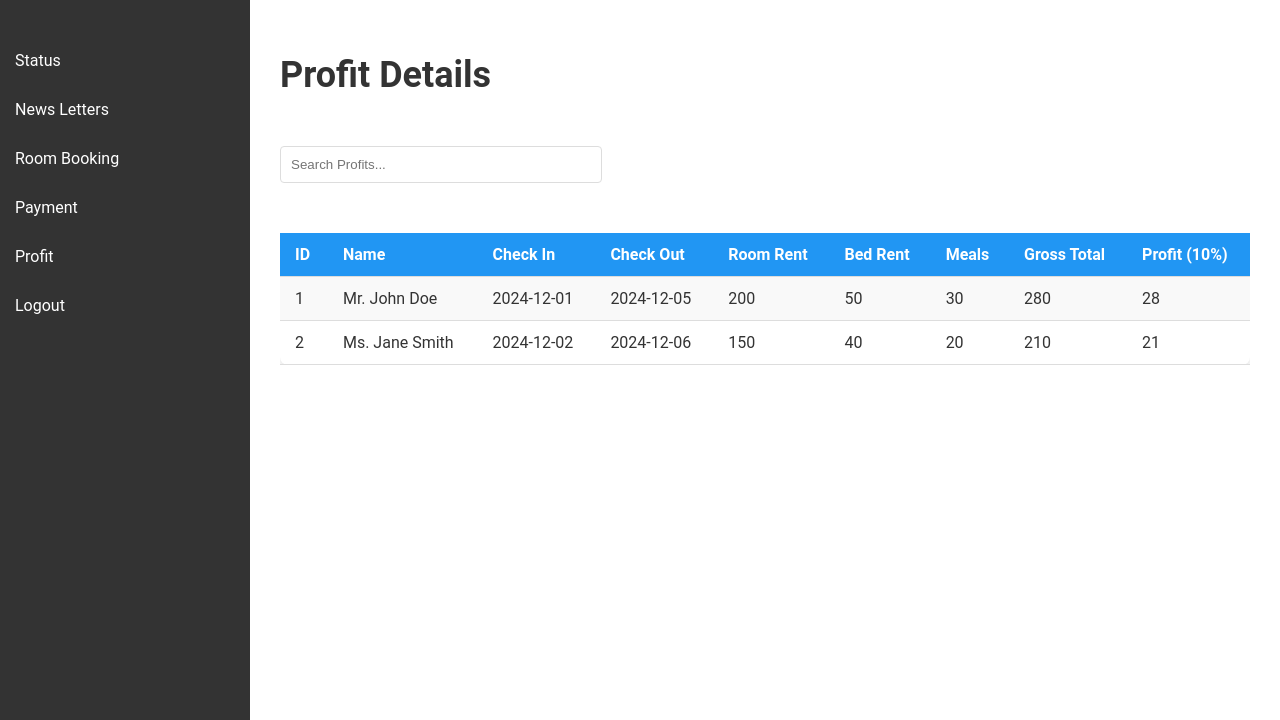
Repository: Trikisalem/examentp_jakarta
Page: http://localhost/hotel/admin/profit.jsp
The author's editor kept a copy of each file at every save. The page is drawn from the files as they stood at one save, then again after the next save.
The browser window is 1280 px wide. The pictures show the whole page.
The page is served by Tomcat 10. Nobody is signed in. The application's start-up code is not run. Other server files are loaded and not shown.

Above is the page before, as saved 2024-12-14 14:13:18.

### hotel/src/main/webapp/admin/profit.jsp
<%@ page language="java" contentType="text/html; charset=UTF-8" pageEncoding="UTF-8"%>
<!DOCTYPE html>
<html xmlns="http://www.w3.org/1999/xhtml">
<head>
    <meta charset="utf-8" />
    <meta name="viewport" content="width=device-width, initial-scale=1.0" />
    <title>SUNRISE HOTEL</title>

    <!-- CSS intégré -->
    <style>
        /* Style global */
        body {
            font-family: 'Roboto', sans-serif;
            background-color: #f7f7f7;
            margin: 0;
            padding: 0;
            color: #333;
        }

        /* Conteneur principal */
        #wrapper {
            display: flex;
            flex-direction: row;
            min-height: 100vh;
            background-color: #f7f7f7;
        }

        /* Navbar */
        .navbar {
            background-color: #2196F3;
            color: white;
            box-shadow: 0 4px 6px rgba(0, 0, 0, 0.1);
        }

        .navbar a {
            color: white;
            text-decoration: none;
            font-size: 16px;
        }

        .navbar-brand {
            font-size: 24px;
            font-weight: 500;
            letter-spacing: 1px;
        }

        /* Sidebar */
        .navbar-side {
            background-color: #333;
            color: white;
            width: 250px;
            padding-top: 20px;
            box-shadow: 4px 0 6px rgba(0, 0, 0, 0.1);
        }

        .navbar-side ul {
            list-style-type: none;
            padding: 0;
        }

        .navbar-side ul li a {
            color: white;
            padding: 15px;
            text-decoration: none;
            display: block;
            font-size: 16px;
        }

        .navbar-side ul li a:hover {
            background-color: #575757;
            transition: background-color 0.3s ease;
        }

        /* Main Content Area */
        #page-wrapper {
            flex-grow: 1;
            padding: 30px;
            background-color: #fff;
        }

        /* Table */
        .table-responsive {
            margin-top: 30px;
            overflow-x: auto;
        }

        .table {
            width: 100%;
            margin: 0 auto;
            border-collapse: collapse;
            border-radius: 8px;
            box-shadow: 0 4px 6px rgba(0, 0, 0, 0.1);
        }

        .table th, .table td {
            padding: 12px 15px;
            text-align: left;
            border-bottom: 1px solid #ddd;
        }

        .table th {
            background-color: #2196F3;
            color: white;
            font-size: 16px;
        }

        .table-striped tbody tr:nth-child(odd) {
            background-color: #f9f9f9;
        }

        .table-hover tbody tr:hover {
            background-color: #f1f1f1;
            cursor: pointer;
        }

        /* Button */
        .btn {
            padding: 10px 20px;
            font-size: 14px;
            background-color: #2196F3;
            color: white;
            border: none;
            cursor: pointer;
            border-radius: 4px;
            transition: background-color 0.3s ease;
        }

        .btn:hover {
            background-color: #0b7dda;
        }

        /* Search Box */
        .search-box {
            margin-top: 20px;
            padding: 10px;
            border-radius: 4px;
            border: 1px solid #ddd;
            width: 100%;
            max-width: 300px;
            margin-bottom: 20px;
        }

        /* Page Header */
        .page-header {
            font-size: 36px;
            font-weight: 700;
            color: #333;
            margin-bottom: 30px;
        }
    </style>
</head>
<body>
    <div id="wrapper">
        <nav class="navbar-default navbar-side" role="navigation">
            <div class="sidebar-collapse">
                <ul class="nav" id="main-menu">
                    <li><a href="home.jsp"><i class="fa fa-dashboard"></i> Status</a></li>
                    <li><a href="messages.jsp"><i class="fa fa-desktop"></i> News Letters</a></li>
                    <li><a href="roombook.jsp"><i class="fa fa-bar-chart-o"></i> Room Booking</a></li>
                    <li><a href="payment.jsp"><i class="fa fa-qrcode"></i> Payment</a></li>
                    <li><a href="profit.jsp" class="active-menu"><i class="fa fa-qrcode"></i> Profit</a></li>
                    <li><a href="logout.jsp"><i class="fa fa-sign-out fa-fw"></i> Logout</a></li>
                </ul>
            </div>
        </nav>

        <div id="page-wrapper">
            <div id="page-inner">
                <div class="row">
                    <div class="col-md-12">
                        <h1 class="page-header">Profit Details</h1>
                    </div>
                </div>

                <!-- Search Box -->
                <div class="row">
                    <div class="col-md-6">
                        <input type="text" class="search-box" placeholder="Search Profits..." onkeyup="searchProfits()">
                    </div>
                </div>

                <div class="row">
                    <div class="col-md-12">
                        <div class="panel panel-default">
                            <div class="panel-body">
                                <div class="table-responsive">
                                    <table class="table table-striped table-bordered table-hover" id="dataTables-example">
                                        <thead>
                                            <tr>
                                                <th>ID</th>
                                                <th>Name</th>
                                                <th>Check In</th>
                                                <th>Check Out</th>
                                                <th>Room Rent</th>
                                                <th>Bed Rent</th>
                                                <th>Meals</th>
                                                <th>Gross Total</th>
                                                <th>Profit (10%)</th>
                                            </tr>
                                        </thead>
                                        <tbody>
                                            <tr class="gradeC">
                                                <td>1</td>
                                                <td>Mr. John Doe</td>
                                                <td>2024-12-01</td>
                                                <td>2024-12-05</td>
                                                <td>200</td>
                                                <td>50</td>
                                                <td>30</td>
                                                <td>280</td>
                                                <td>28</td>
                                            </tr>
                                            <tr class="gradeU">
                                                <td>2</td>
                                                <td>Ms. Jane Smith</td>
                                                <td>2024-12-02</td>
                                                <td>2024-12-06</td>
                                                <td>150</td>
                                                <td>40</td>
                                                <td>20</td>
                                                <td>210</td>
                                                <td>21</td>
                                            </tr>
                                        </tbody>
                                    </table>
                                </div>
                            </div>
                        </div>
                    </div>
                </div>
            </div>
        </div>
    </div>

    <script>
        function searchProfits() {
            var input, filter, table, tr, td, i, txtValue;
            input = document.querySelector(".search-box");
            filter = input.value.toUpperCase();
            table = document.querySelector(".table");
            tr = table.getElementsByTagName("tr");

            for (i = 0; i < tr.length; i++) {
                td = tr[i].getElementsByTagName("td");
                for (var j = 0; j < td.length; j++) {
                    if (td[j]) {
                        txtValue = td[j].textContent || td[j].innerText;
                        if (txtValue.toUpperCase().indexOf(filter) > -1) {
                            tr[i].style.display = "";
                            break;
                        } else {
                            tr[i].style.display = "none";
                        }
                    }
                }
            }
        }
    </script>
</body>
</html>

After the next save:
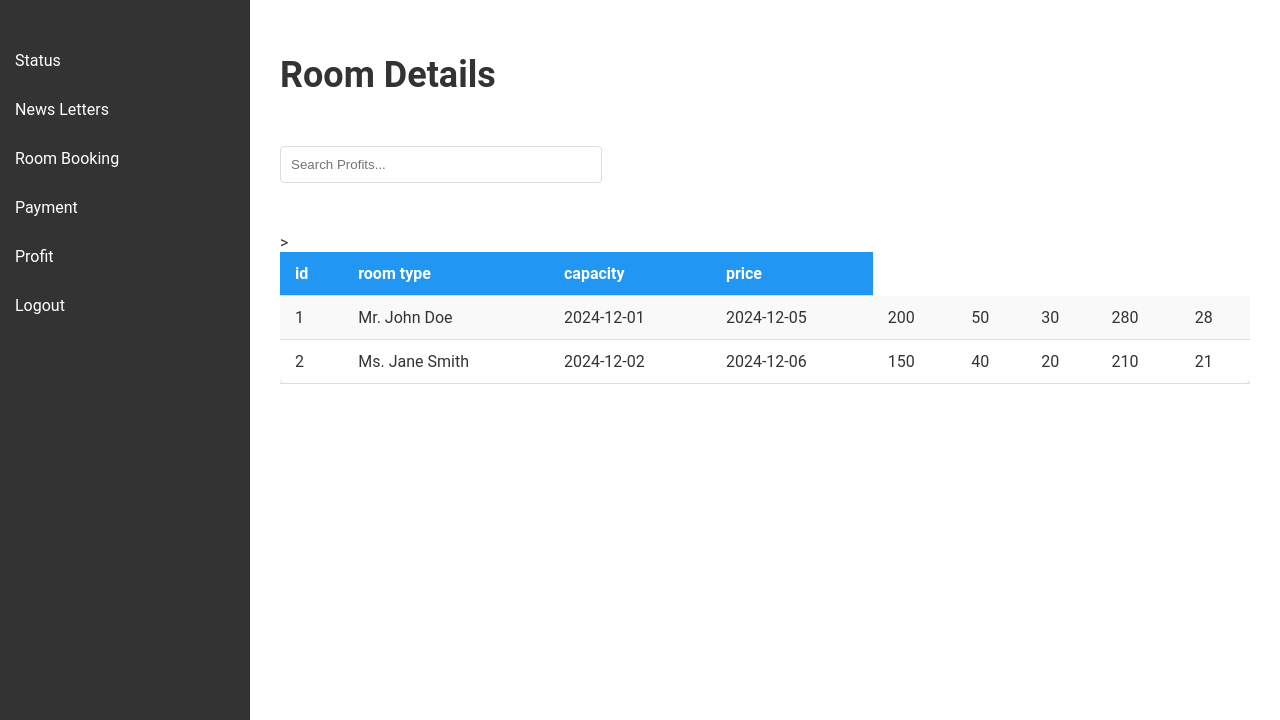
Saved 4 min 14 s later.
--- a/hotel/src/main/webapp/admin/profit.jsp
+++ b/hotel/src/main/webapp/admin/profit.jsp
@@ -168,7 +168,7 @@
             <div id="page-inner">
                 <div class="row">
                     <div class="col-md-12">
-                        <h1 class="page-header">Profit Details</h1>
+                        <h1 class="page-header">Room Details</h1>
                     </div>
                 </div>
 
@@ -187,15 +187,11 @@
                                     <table class="table table-striped table-bordered table-hover" id="dataTables-example">
                                         <thead>
                                             <tr>
-                                                <th>ID</th>
-                                                <th>Name</th>
-                                                <th>Check In</th>
-                                                <th>Check Out</th>
-                                                <th>Room Rent</th>
-                                                <th>Bed Rent</th>
-                                                <th>Meals</th>
-                                                <th>Gross Total</th>
-                                                <th>Profit (10%)</th>
+                                                <th>id</th>
+                                                <th>room type</th>
+                                                <th>capacity</th>
+                                                <th>price</th>
+                                               >
                                             </tr>
                                         </thead>
                                         <tbody>
